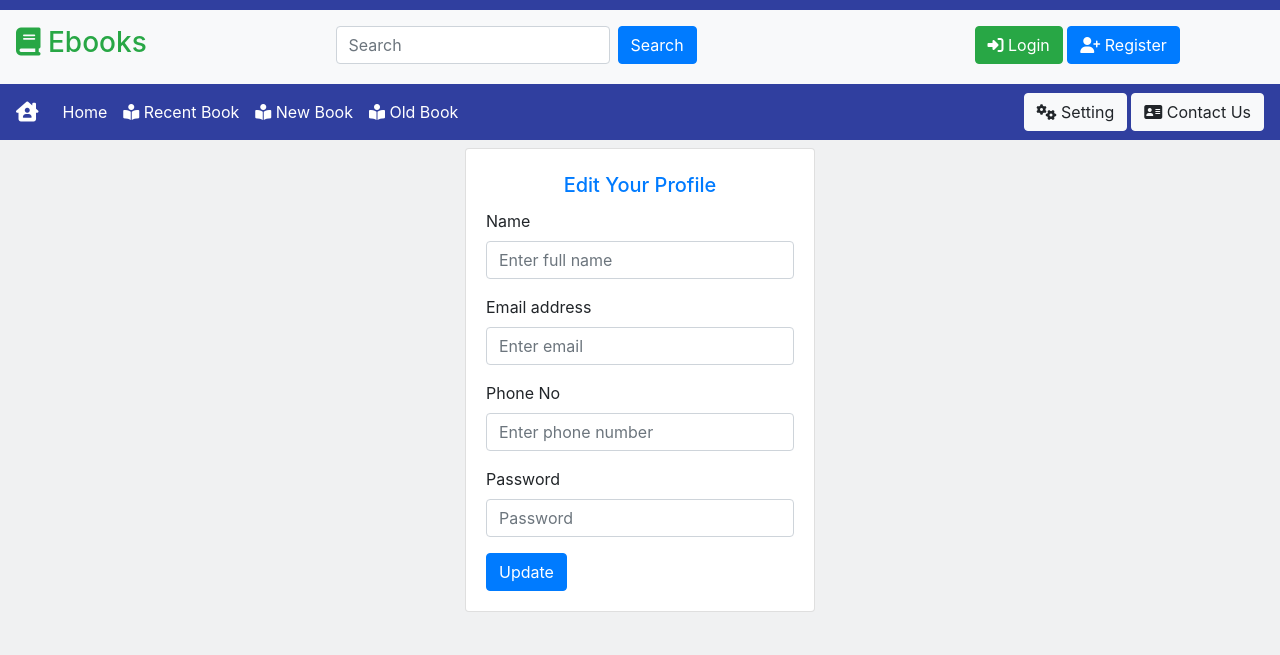
Repository: chittaranjan24/E-Books_Management_System
Page: http://localhost/Ebook-App/edit_profile.jsp
An editor plug-in stored every save of this project. The page is shown before and after the next save, followed by the edit.
The browser window is 1280 px wide. The pictures show the whole page.
Some web libraries are served in a nearby version. The page is served by Tomcat 9. Other server files are loaded and not shown.

Above is the page before, as saved 2023-08-31 10:47:18.

### Ebook-App/src/main/webapp/edit_profile.jsp
<%@ page language="java" contentType="text/html; charset=ISO-8859-1"
	pageEncoding="ISO-8859-1"%>
<!DOCTYPE html>
<html>
<head>
<meta charset="ISO-8859-1">
<title>Edit Profile</title>
<%@include file="all_component/allCss.jsp"%>
</head>
<body style="background-color: #f0f1f2;">
	<%@include file="all_component/navbar.jsp"%>

	<div class="container">
		<div class="row">
			<div class="col-md-4 offset-md-4 mt-2">
				<div class="card">
					<div class="card-body">
						<h5 class="text-center text-primary p-1">Edit Your Profile</h5>

						<form action="register" method="post">

							<div class="form-group">
								<label for="exampleInputEmail1">Name</label> <input
									type="text" class="form-control" id="exampleInputEmail1"
									aria-describedby="emailHelp" placeholder="Enter full name"
									required="required" name="fname">
							</div>

							<div class="form-group">
								<label for="exampleInputEmail1">Email address</label> <input
									type="email" class="form-control" id="exampleInputEmail1"
									aria-describedby="emailHelp" placeholder="Enter email"
									required="required" name="email">
							</div>

							<div class="form-group">
								<label for="exampleInputEmail1">Phone No</label> <input
									type="number" class="form-control" id="exampleInputEmail1"
									aria-describedby="emailHelp" placeholder="Enter phone number"
									required="required" name="phno">
							</div>

							<div class="form-group">
								<label for="exampleInputPassword1">Password</label> <input
									type="password" class="form-control" id="exampleInputPassword1"
									placeholder="Password" required="required" name="password">
							</div>
							<button type="submit" class="btn btn-primary">Update</button>
						</form>

					</div>
				</div>
			</div>
		</div>
	</div>


</body>
</html>

### Ebook-App/src/main/webapp/all_component/allCss.jsp
<link rel="stylesheet"
	href="https://cdn.jsdelivr.net/npm/bootstrap@4.0.0/dist/css/bootstrap.min.css"
	integrity="sha384-Gn5384xqQ1aoWXA+058RXPxPg6fy4IWvTNh0E263XmFcJlSAwiGgFAW/dAiS6JXm"
	crossorigin="anonymous">


<script src="https://code.jquery.com/jquery-3.2.1.slim.min.js"
	integrity="sha384-KJ3o2DKtIkvYIK3UENzmM7KCkRr/rE9/Qpg6aAZGJwFDMVNA/GpGFF93hXpG5KkN"
	crossorigin="anonymous"></script>
<script
	src="https://cdn.jsdelivr.net/npm/popper.js@1.12.9/dist/umd/popper.min.js"
	integrity="sha384-ApNbgh9B+Y1QKtv3Rn7W3mgPxhU9K/ScQsAP7hUibX39j7fakFPskvXusvfa0b4Q"
	crossorigin="anonymous"></script>
<script
	src="https://cdn.jsdelivr.net/npm/bootstrap@4.0.0/dist/js/bootstrap.min.js"
	integrity="sha384-JZR6Spejh4U02d8jOt6vLEHfe/JQGiRRSQQxSfFWpi1MquVdAyjUar5+76PVCmYl"
	crossorigin="anonymous"></script>


<link rel="stylesheet"
	href="https://cdnjs.cloudflare.com/ajax/libs/font-awesome/6.4.2/css/all.min.css"
	integrity="sha512-z3gLpd7yknf1YoNbCzqRKc4qyor8gaKU1qmn+CShxbuBusANI9QpRohGBreCFkKxLhei6S9CQXFEbbKuqLg0DA=="
	crossorigin="anonymous" referrerpolicy="no-referrer" />


<link rel="stylesheet" href="all_component/style.css">

### Ebook-App/src/main/webapp/all_component/navbar.jsp
<%@ taglib prefix="c" uri="http://java.sun.com/jsp/jstl/core"%>
<%@page isELIgnored="false" %>

<div class="container-fluid"
	style="height: 10px; background-color: #303f9f"></div>

<div class="container-fluid p-3 bg-light">
	<div class="row">
		<div class="col-md-3 text-success">
			<h3>
				<i class="fa-solid fa-book"></i> Ebooks
			</h3>
		</div>
		<div class="col-md-6">
			<form class="form-inline my-2 my-lg-0">
				<input class="form-control mr-sm-2" type="search"
					placeholder="Search" aria-label="Search">
				<button class="btn btn-primary my-2 my-sm-0" type="submit">Search</button>
			</form>
		</div>

		<c:if test="${not empty userobj }">

		<div class="col-md-3">

		<a href="checkout.jsp"><i class="fa-solid fa-cart-arrow-down fa-2x"></i></a>

			<a href="login.jsp" class="btn btn-success">
			<i class="fa-solid fa-circle-user"></i> ${userobj.name}</a>

			<a href="logout" class="btn btn-primary text-white">
			<i class="fa-solid fa-right-from-bracket"></i> Logout</a>
		</div>

		</c:if>

		<c:if test="${empty userobj }">

		<div class="col-md-3">
			<a href="login.jsp" class="btn btn-success"><i
				class="fa-solid fa-right-to-bracket"></i> Login</a> <a
				href="register.jsp" class="btn btn-primary text-white"><i
				class="fa-solid fa-user-plus"></i> Register</a>
		</div>

		</c:if>


	</div>
</div>


<nav class="navbar navbar-expand-lg navbar-dark bg-custom">
	<a class="navbar-brand" href="index.jsp"> <i
		class="fa-solid fa-house-chimney-user"></i>
	</a>
	<button class="navbar-toggler" type="button" data-toggle="collapse"
		data-target="#navbarSupportedContent"
		aria-controls="navbarSupportedContent" aria-expanded="false"
		aria-label="Toggle navigation">
		<span class="navbar-toggler-icon"></span>
	</button>

	<div class="collapse navbar-collapse" id="navbarSupportedContent">
		<ul class="navbar-nav mr-auto">
			<li class="nav-item active"><a class="nav-link" href="index.jsp">Home
					<span class="sr-only">(current)</span>
			</a></li>
			<li class="nav-item active"><a class="nav-link" href="all_recent_book.jsp"> <i
					class="fa-solid fa-book-open-reader"></i> Recent Book
			</a></li>
			<li class="nav-item active"><a class="nav-link" href="all_new_book.jsp"> <i
					class="fa-solid fa-book-open-reader"></i> New Book
			</a></li>

			<li class="nav-item active"><a class="nav-link disabled"
				href="all_old_book.jsp"> <i class="fa-solid fa-book-open-reader"></i> Old Book
			</a></li>
		</ul>
		<form class="form-inline my-2 my-lg-0">

			<a href="setting.jsp" class="btn btn-light my-2 my-sm-0" type="submit">
				<i class="fa-solid fa-gears"></i> Setting
			</a>
			<button class="btn btn-light my-2 my-sm-0 ml-1" type="submit">
				<i class="fa-solid fa-address-card"></i> Contact Us
			</button>

		</form>
	</div>
</nav>

### Ebook-App/src/main/webapp/all_component/style.css
.bg-custom{
	background-color: #303f9f;
}

.navbar .nav-item:hover .nav-link {
	background-color: white;
	color: #303f9f;
	border-radius: 15px;
}

After the next save:
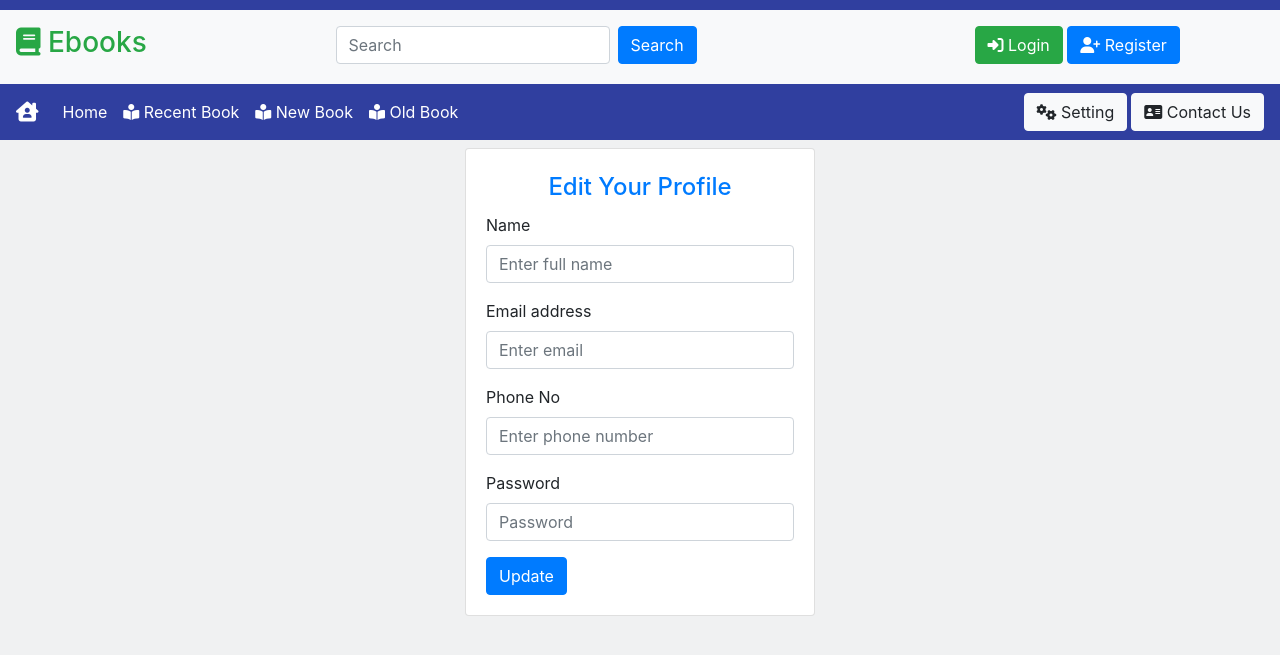
Saved 67 s later.
--- a/Ebook-App/src/main/webapp/edit_profile.jsp
+++ b/Ebook-App/src/main/webapp/edit_profile.jsp
@@ -15,7 +15,7 @@
 			<div class="col-md-4 offset-md-4 mt-2">
 				<div class="card">
 					<div class="card-body">
-						<h5 class="text-center text-primary p-1">Edit Your Profile</h5>
+						<h4 class="text-center text-primary p-1">Edit Your Profile</h4>
 
 						<form action="register" method="post">
 
